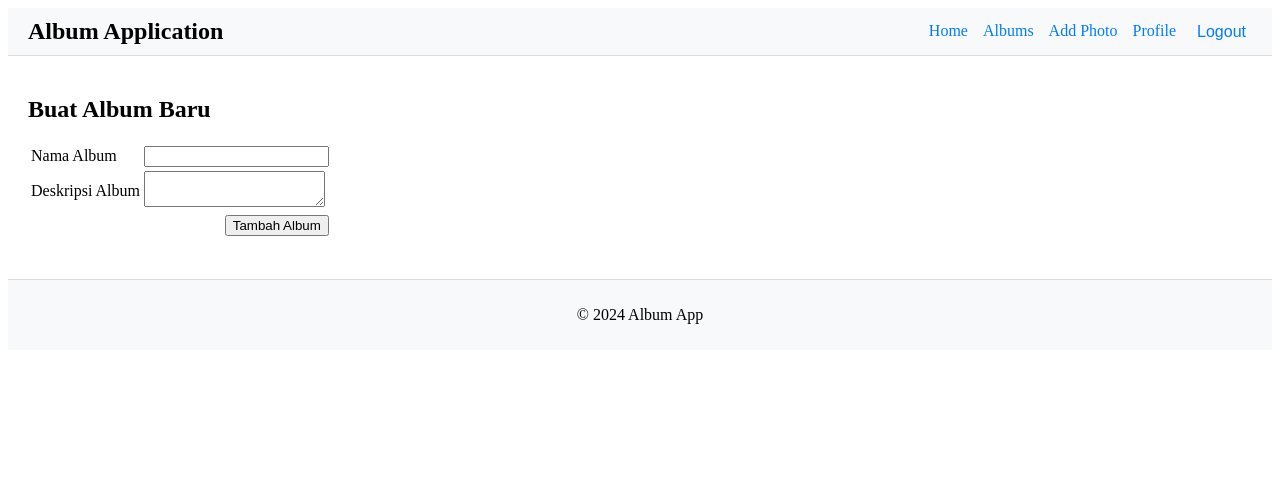
Repository: daffa-alif/snapgram
Page: http://localhost/albums/create
The author's editor kept a copy of each file at every save. The page is drawn from the files as they stood at one save, then again after the next save.
The browser window is 1280 px wide. The pictures show the whole page.
The page is served by the project's Laravel application, run on PHP 8.4 with Laravel 12. A made-up administrator, Test User (test@example.com), is signed in.

Above is the page before, as saved 2024-10-23 13:12:14.

After the next save:
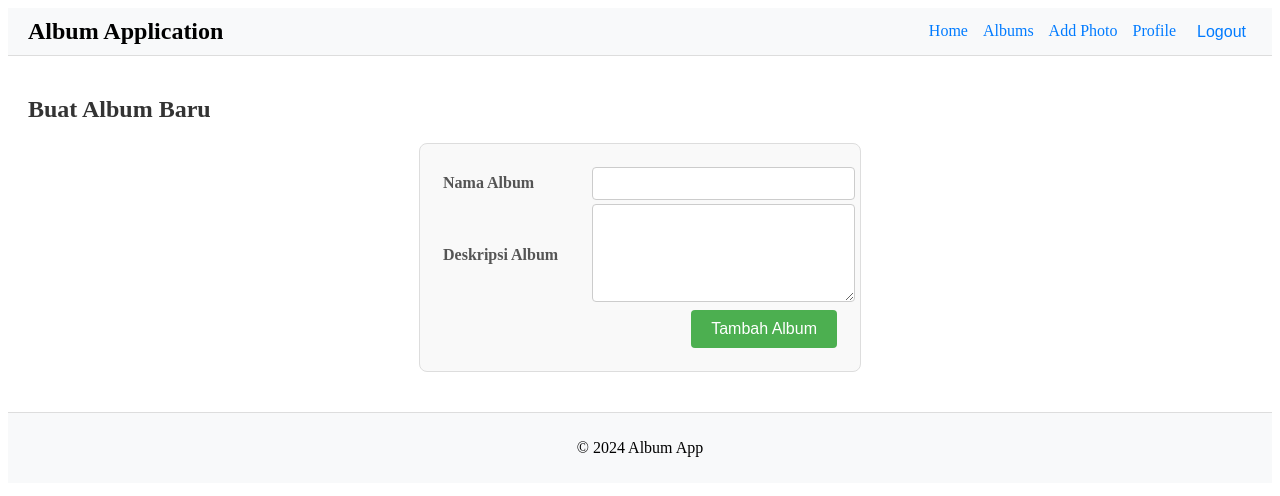
Saved 6 days later.
--- a/resources/views/albums/create.blade.php
+++ b/resources/views/albums/create.blade.php
@@ -4,22 +4,22 @@
 
 @section('content')
 
-    <h2>Buat Album Baru</h2>
+    <h2 style="font-size: 24px; margin-bottom: 20px; color: #333;">Buat Album Baru</h2>
 
-    <form action="{{ route('albums.store') }}" method="POST">
+    <form action="{{ route('albums.store') }}" method="POST" style="max-width: 400px; margin: auto; padding: 20px; border: 1px solid #ddd; border-radius: 8px; background-color: #f9f9f9;">
         @csrf
-        <table>
+        <table style="width: 100%;">
             <tr>
-                <td><label for="namaAlbum">Nama Album</label></td>
-                <td><input type="text" name="namaAlbum" required></td>
+                <td><label for="namaAlbum" style="font-weight: bold; color: #555;">Nama Album</label></td>
+                <td><input type="text" name="namaAlbum" required style="width: 100%; padding: 8px; border: 1px solid #ccc; border-radius: 4px;"></td>
             </tr>
             <tr>
-                <td><label for="deskripsi">Deskripsi Album</label></td>
-                <td><textarea name="deskripsi" required maxlength="150"></textarea></td>
+                <td><label for="deskripsi" style="font-weight: bold; color: #555;">Deskripsi Album</label></td>
+                <td><textarea name="deskripsi" required maxlength="150" style="width: 100%; padding: 8px; border: 1px solid #ccc; border-radius: 4px; resize: vertical; height: 80px;"></textarea></td>
             </tr>
             <tr>
                 <td colspan="2" style="text-align: right;">
-                    <button type="submit">Tambah Album</button>
+                    <button type="submit" style="background-color: #4CAF50; color: white; padding: 10px 20px; border: none; border-radius: 4px; cursor: pointer; font-size: 16px;">Tambah Album</button>
                 </td>
             </tr>
         </table>
